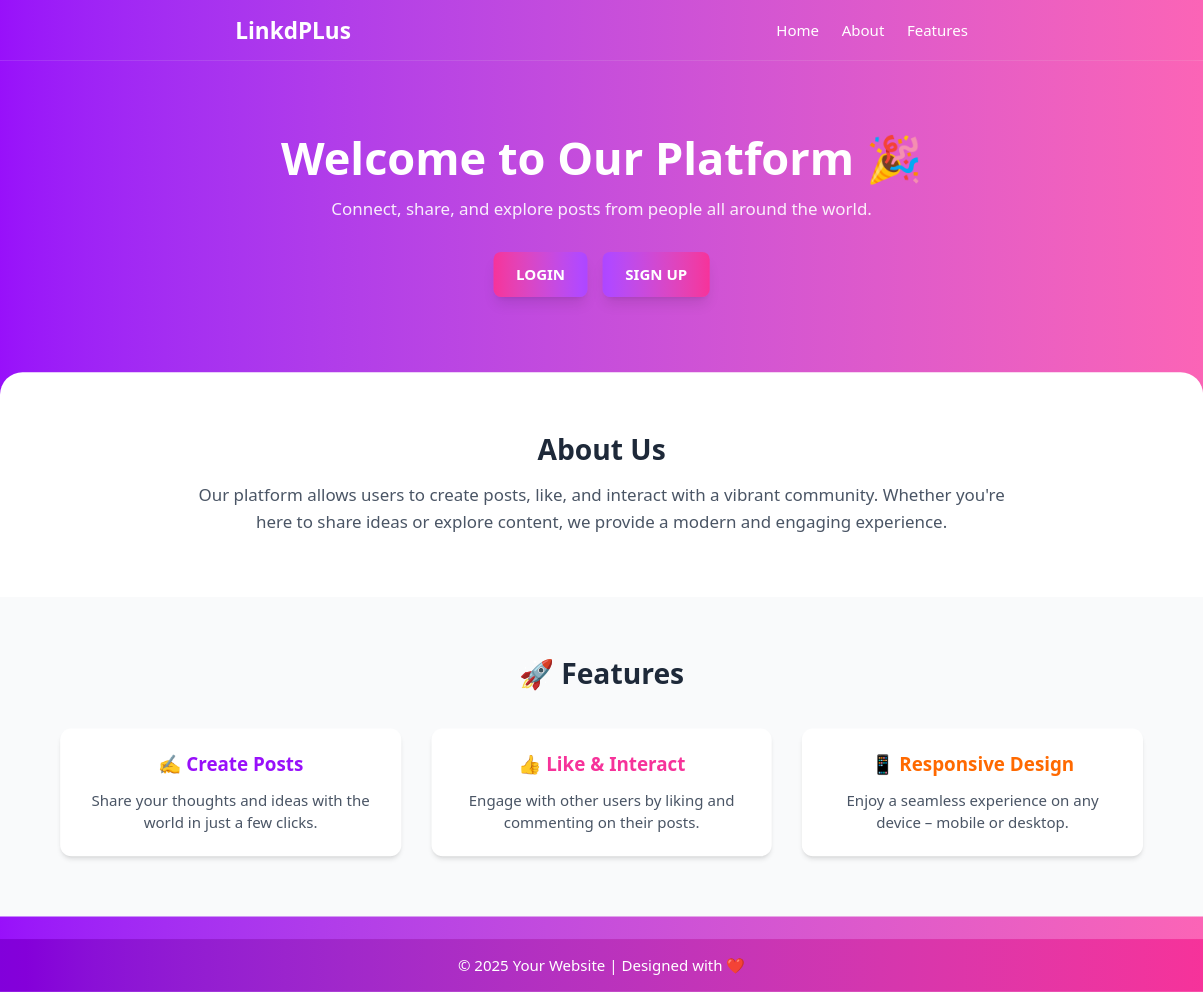
Repository: Tushal27/LinkdPlus-Frontend
Page: /
These files come from the project's save history. The page is drawn as it stood at one moment and after the next save; the edit follows.
The browser window is 1280 px wide. The pictures show the whole page, at 94% of full size.
The project was rebuilt for these pictures with package versions that can differ from the ones it lists, and the page was loaded fresh each time. Also part of the build but not shown: vite.config.js, src/pages/Login.jsx, src/pages/Register.jsx, src/pages/Profile.jsx, src/components/CommentsDrawer.jsx, src/pages/Posts.jsx, src/pages/EditProfile.jsx. Imported but missing from the stored project, and not drawn on this page: src/components/PostCard, src/pages/Layout.

Above is the page before, as saved 2025-08-04 04:08:47.

### src/main.jsx
import { createRoot } from 'react-dom/client'
import AuthProvider from './context/AuthProvider'
import { BrowserRouter } from'react-router-dom'
import './index.css'
import App from './App.jsx'

createRoot(document.getElementById('root')).render(
    <BrowserRouter>
      <AuthProvider>
        <App />
      </AuthProvider>
    </BrowserRouter>
)

### src/context/AuthProvider.jsx
import { useEffect, useState } from "react";
import {jwtDecode} from "jwt-decode";
import api from "../api/axios";
import AuthContext from "./AuthContext";

export default function AuthProvider({ children }) {
  const [user, setUser] = useState(null);

  const Login = async (email, password) => {
    try {
      const res = await api.post("/login/", { email, password });
      localStorage.setItem("access", res.data.access);
      localStorage.setItem("refresh", res.data.refresh);
      setUser({ email });
      return true;
    } catch (err) {
      console.log(err);
      return false;
    }
  };

  const Register = async (email, password, re_password, first_name, last_name) => {
    try {
      await api.post("/register/", { email, password, re_password, first_name, last_name });
      await Login(email, password); // Auto login
      return true;
    } catch (err) {
      return err.response?.data || { detail: "Something went wrong" };
    }
  };

  const Logout = () => {
    localStorage.removeItem("access");
    localStorage.removeItem("refresh");
    setUser(null);
  };

  // 🔹 Auto Refresh Token Function
  const refreshAccessToken = async () => {
    try {
      const refresh = localStorage.getItem("refresh");
      if (!refresh) return Logout();

      const res = await api.post("/token/refresh/", { refresh });
      localStorage.setItem("access", res.data.access);
    } catch (err) {
      console.log("Failed to refresh token:", err);
      Logout();
    }
  };

  // 🔹 Check every 4 minutes (or before expiry)
  useEffect(() => {
    const interval = setInterval(() => {
      const access = localStorage.getItem("access");
      if (!access) return;

      try {
        const decoded = jwtDecode(access);
        if (decoded.exp * 1000 < Date.now() + 60000) {
          refreshAccessToken();
        }
      } catch {
        refreshAccessToken();
      }
    }, 4 * 60 * 1000); // every 4 mins

    return () => clearInterval(interval);
  }, []);

  return (
    <AuthContext.Provider value={{ user, Login, Register, Logout }}>
      {children}
    </AuthContext.Provider>
  );
}

### src/index.css
@import  "tailwindcss";

.bg-gradient{
   @apply bg-gradient-to-r from-blue-500 via-purple-500 to-pink-500;
}
.input-box{
    @apply w-full p-2 border mb-3 rounded;
}
.flex-center{
    @apply flex justify-center items-center;
}
.button-main{
    @apply text-white rounded-md ring text-2xl px-2 mx-2 focus:ring-blue-500;
}
.h1-main{
    @apply text-2xl sm:text-4xl  md:text-5xl lg:text-7xl
}

### src/App.jsx
import { Routes,Route } from "react-router-dom";
import Login from "./pages/Login";
import Register from "./pages/Register";
import HomePage from "./pages/HomePage";
import Profile from "./pages/Profile";
import Posts from "./pages/Posts";
import EditProfile from "./pages/EditProfile";
export default function App() {
  return (<>
      <Routes>
        <Route path="/" element={ <HomePage />}/>
        <Route path="/login" element={<Login/>} />
        <Route path="/Register" element={<Register/>} />
        <Route path="/Posts" element={<Posts/>} />
        <Route path="/Profile" element={<Profile/>} />
        <Route path="/Edit-Profile" element={<EditProfile/>} />

      </Routes>
      </>
  );
}

### src/api/axios.js
import axios from "axios";

const api = axios.create({
    baseURL: 'http://127.0.0.1:8000/api',
});

api.interceptors.request.use(
    (config) => {
        const token = localStorage.getItem("access");
        console.log("token");
        console.log(token);
        if (token) {
            config.headers.Authorization = `Bearer ${token}`;
        }
        return config;
    },
    (error) => Promise.reject(error)
);

export default api;

### src/context/authcontext.js
import { createContext } from "react";
export const AuthContext = createContext();

export default AuthContext;

### src/pages/HomePage.jsx
import React from "react";
import { useNavigate } from "react-router-dom";
import Navbar from "../components/Navbar";

export default function HomePage() {
  const navigate = useNavigate();

  return (
    <>
    <Navbar />
    <div className="min-h-screen flex flex-col items-center bg-gradient-to-r from-purple-600 to-pink-400">
      {/* ✅ Hero Section */}
      <section className="w-full max-w-6xl text-center py-20 px-6">
        <h1 className="text-4xl md:text-5xl font-bold text-white mb-4">
          Welcome to Our Platform 🎉
        </h1>
        <p className="text-lg text-white opacity-90 mb-8">
          Connect, share, and explore posts from people all around the world.
        </p>
        <div className="flex flex-col sm:flex-row gap-4 justify-center">
          <button
            onClick={() => navigate("/login")}
            className="px-6 py-3 rounded-lg bg-gradient-to-r from-pink-500 to-purple-500 text-white font-bold shadow-lg hover:from-pink-600 hover:to-purple-600 transition"
          >
            LOGIN
          </button>
          <button
            onClick={() => navigate("/register")}
            className="px-6 py-3 rounded-lg bg-gradient-to-r from-purple-500 to-pink-500 text-white font-bold shadow-lg hover:from-purple-600 hover:to-pink-600 transition"
          >
            SIGN UP
          </button>
        </div>
      </section>

      {/* ✅ About Section */}
      <section className="w-full bg-white py-16 px-6 rounded-t-3xl shadow-lg">
        <div className="max-w-4xl mx-auto text-center">
          <h2 className="text-3xl font-bold mb-4 text-gray-800">About Us</h2>
          <p className="text-gray-600 text-lg leading-relaxed">
            Our platform allows users to create posts, like, and interact with a
            vibrant community. Whether you're here to share ideas or explore
            content, we provide a modern and engaging experience.
          </p>
        </div>
      </section>

      {/* ✅ Features Section */}
      <section className="w-full bg-gray-50 py-16 px-6">
        <div className="max-w-6xl mx-auto">
          <h2 className="text-3xl font-bold text-center mb-10 text-gray-800">
            🚀 Features
          </h2>
          <div className="grid grid-cols-1 md:grid-cols-3 gap-8">
            {/* Feature 1 */}
            <div className="bg-white p-6 rounded-xl shadow-md text-center hover:shadow-xl transition">
              <h3 className="text-xl font-semibold mb-3 text-purple-600">
                ✍ Create Posts
              </h3>
              <p className="text-gray-600">
                Share your thoughts and ideas with the world in just a few
                clicks.
              </p>
            </div>
            {/* Feature 2 */}
            <div className="bg-white p-6 rounded-xl shadow-md text-center hover:shadow-xl transition">
              <h3 className="text-xl font-semibold mb-3 text-pink-500">
                👍 Like & Interact
              </h3>
              <p className="text-gray-600">
                Engage with other users by liking and commenting on their posts.
              </p>
            </div>
            {/* Feature 3 */}
            <div className="bg-white p-6 rounded-xl shadow-md text-center hover:shadow-xl transition">
              <h3 className="text-xl font-semibold mb-3 text-orange-500">
                📱 Responsive Design
              </h3>
              <p className="text-gray-600">
                Enjoy a seamless experience on any device – mobile or desktop.
              </p>
            </div>
          </div>
        </div>
      </section>

      {/* ✅ Footer */}
      <footer className="w-full bg-gradient-to-r from-purple-700 to-pink-500 text-white text-center py-4 mt-6">
        © 2025 Your Website | Designed with ❤
      </footer>
    </div>
    </>
  );
}

### src/components/Navbar.jsx
import React from "react";
import { Link, useNavigate } from "react-router-dom";

export default function Navbar() {
  const navigate = useNavigate();

  return (
    <nav className="bg-gradient-to-r from-purple-600 to-pink-400 px-6 py-4 shadow-lg">
      <div className=" max-w-7xl mx-auto flex items-center justify-around">
        {/* Logo */}
        <h1
          className="text-2xl font-bold text-white cursor-pointer"
          onClick={() => navigate("/")}
        >
          LinkdPLus
        </h1>

        {/* Links */}
        <div className="hidden md:flex gap-6 text-white font-medium">
          <Link to="/" className="hover:underline">
            Home
          </Link>
          <Link to="/about" className="hover:underline">
            About
          </Link>
          <Link to="/features" className="hover:underline">
            Features
          </Link>
        </div>
        </div>
    </nav>
  );
}

Loaded but not shown: index.html (common file)

After the next save:
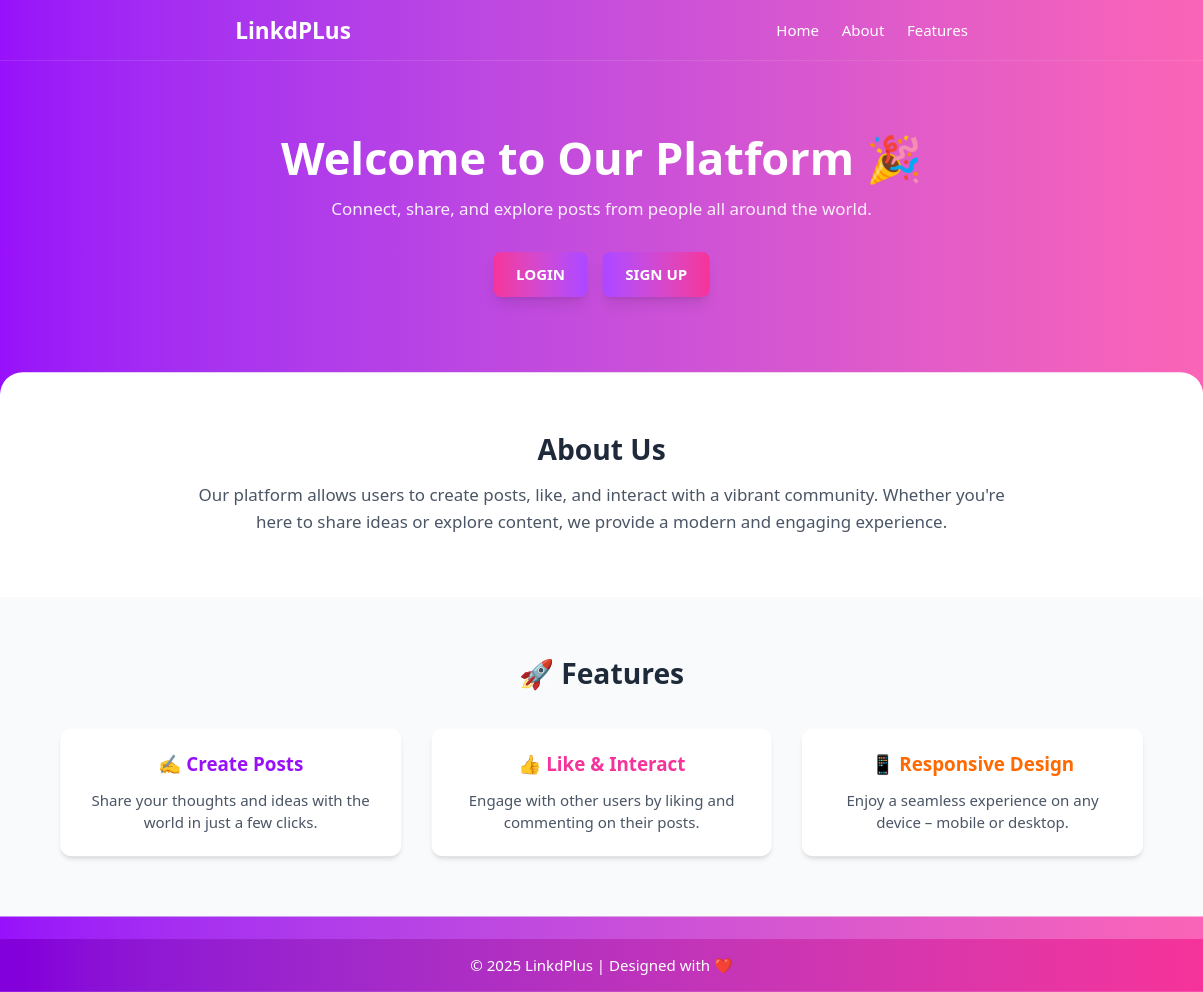
Saved 21 s later.
--- a/src/pages/HomePage.jsx
+++ b/src/pages/HomePage.jsx
@@ -86,7 +86,7 @@ export default function HomePage() {
 
       {/* ✅ Footer */}
       <footer className="w-full bg-gradient-to-r from-purple-700 to-pink-500 text-white text-center py-4 mt-6">
-        © 2025 Your Website | Designed with ❤
+        © 2025 LinkdPlus | Designed with ❤
       </footer>
     </div>
     </>
